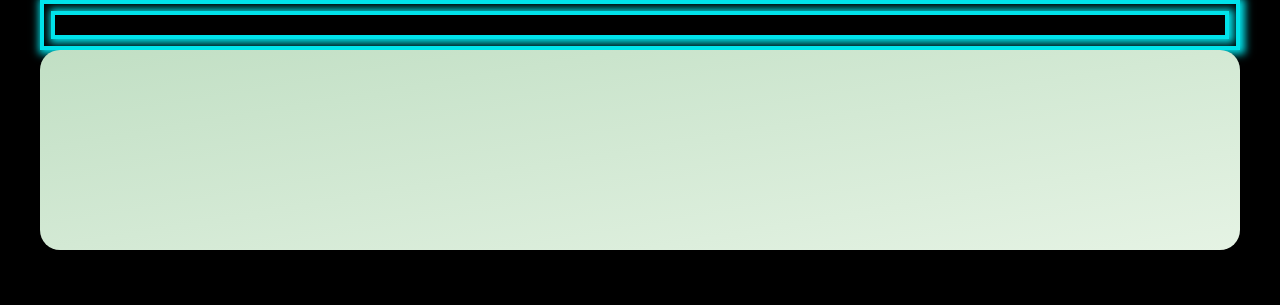
Repository: KhangNguyen3006/WebUI-UX
Page: /
These files come from the project's save history. The page is drawn as it stood at one moment and after a run of saves; the edit follows.
The browser window is 1280 px wide. The pictures show the whole page.
The project was rebuilt for these pictures with package versions that can differ from the ones it lists, and the page was loaded fresh each time. Also part of the build but not shown: src/App.css.

Above is the page before, as saved 2023-05-03 23:49:58.

### src/index.js
import React from 'react';
import ReactDOM from 'react-dom';
import './index.css';
import App from './App';
import reportWebVitals from './reportWebVitals';
import 'bootstrap/dist/css/bootstrap.min.css';
import './assets/css/Custom.css';

const root = ReactDOM.createRoot(document.getElementById('root'));
root.render(
  <React.StrictMode>
    <App />
  </React.StrictMode>
);

// If you want to start measuring performance in your app, pass a function
// to log results (for example: reportWebVitals(console.log))
// or send to an analytics endpoint. Learn more: https://bit.ly/CRA-vitals
reportWebVitals();

### src/App.js

import './App.css';
import HomePage from './pages/HomePage';

function App() {
  return (
    <div>
      <HomePage />
    </div>
  );
}

export default App

### src/assets/css/Custom.css
@import url(Home.css);

body {
    margin: auto;
    padding: auto;
    background-color: #000;
}

* {
    box-sizing: border-box;
    width: auto;
    margin: auto;
    padding: 0;
}

### src/pages/HomePage.jsx
import React, { Component } from 'react'
import Home from '../components/home/Home'


class HomePage extends Component {
  render() {
    return (
      <div>
        <Home />
      </div>
    )
  }
}

export default HomePage

### src/assets/css/Home.css
.rectangle {
    border: 4px solid #00E2EA;
    padding: 7px;
    box-shadow: 2px 1px 8px 3px #00E2EA;
}

.rectangle-mini {
    border: 4px solid #00E2EA;
    padding: 10px;
    box-shadow: 2px 1px 8px 3px #00E2EA;
}

.rectangle-linear-gradient{
    height: 200px;
    border-radius: 20px;
    background-image: linear-gradient(to bottom right, #C1DFC4, #E5F3E4);
}

.w-1200{
    width: 1200px;
}

### src/components/home/Home.jsx
import React, { Component } from 'react'

class Home extends Component {
    render() {
        return (
            <div className='w-1200'>
                <div className="rectangle">
                    <div className="rectangle-mini">
                    </div>

                </div>

                <div className="rectangle-linear-gradient">

                </div>
            </div>
        )
    }
}

export default Home

Loaded but not shown: public/index.html (common file); src/index.css (common file); src/reportWebVitals.js (common file)

After the next 2 saves:
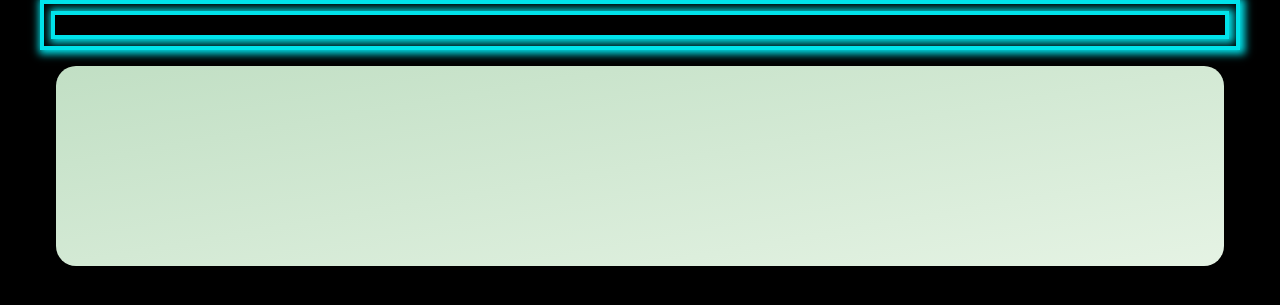
The 2 saves are shown as one change because they came seconds apart.
The last was saved 18 s later.
--- a/src/components/home/Home.jsx
+++ b/src/components/home/Home.jsx
@@ -10,7 +10,7 @@ class Home extends Component {
 
                 </div>
 
-                <div className="rectangle-linear-gradient">
+                <div className="rectangle-linear-gradient p-2 m-3">
 
                 </div>
             </div>
